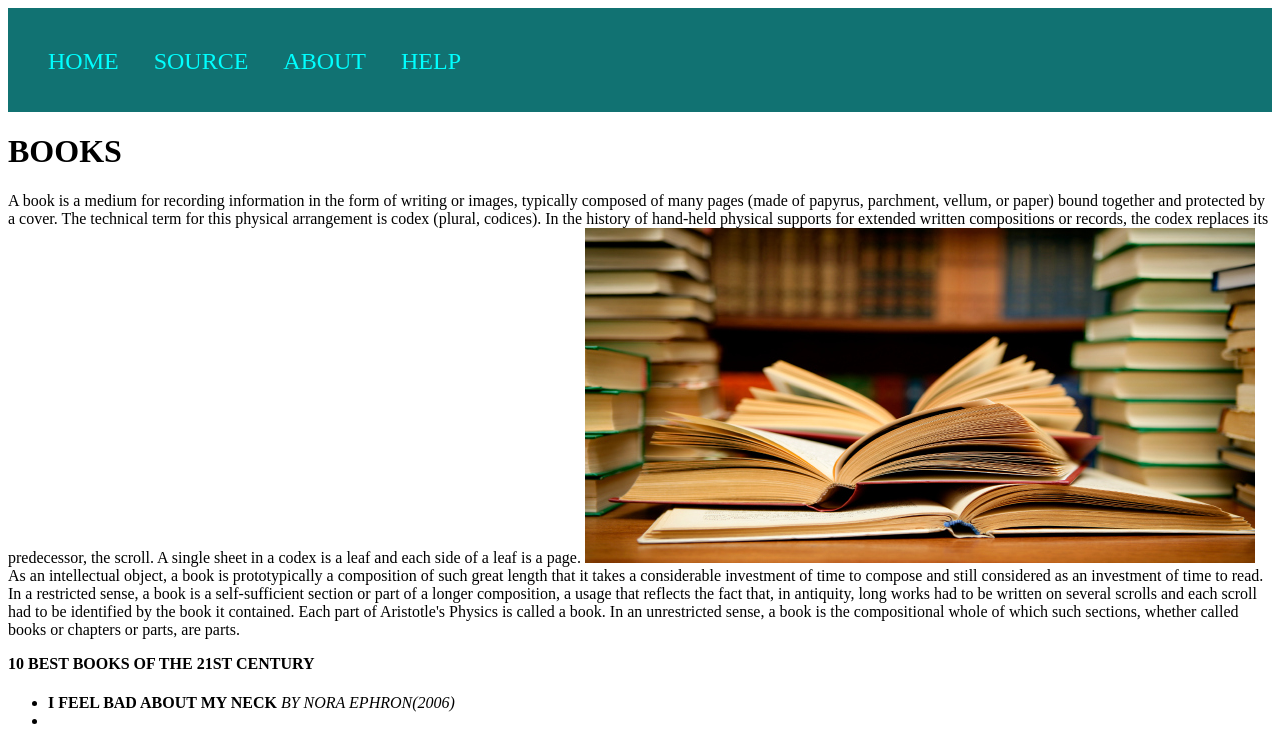
Repository: Hanan-arts/websites
Page: 01 web design/website.html
An editor plug-in stored every save of this project. The page is shown before and after the next save, followed by the edit.
The browser window is 1280 px wide. The pictures show the whole page.

Above is the page before, as saved 2021-02-13 21:22:17.

### 01 web design/website.html
<!DOCTYPE html>
<html lang="en">
<head>
    <meta charset="UTF-8">
    <meta http-equiv="X-UA-Compatible" content="IE=edge">
    <meta name="viewport" content="width=device-width, initial-scale=1.0">
    <title>BOOKS WORLD</title>
</head>
<link rel="stylesheet" href="c.css">
<body>
    <div class="container">
        <div class="nav-wrapper">
        <div class="left-side">
            <div class="nav-link-wrapper">
                <a href="website.html">HOME</a>
            </div>
            <div class="nav-link-wrapper">
                <a href="Source.html">SOURCE</a>
            </div>
                <div class="nav-link-wrapper">
                    <a href="About.html">ABOUT</a>
                </div>
                    <div class="nav-link-wrapper">
                        <a href="Help.html">HELP</a>
                    </div>
                </div>
            </div>
        </div>
        </div>
        </div>
    </div>
<h1><b>BOOKS</b></h1>
<p>A book is a medium for recording information in the form of writing or images, typically composed of
many pages (made of papyrus, parchment, vellum, or paper) bound together and protected by a cover.
The technical term for this physical arrangement is codex (plural, codices). In the history of
hand-held physical supports for extended written compositions or records, the codex replaces its
predecessor, the scroll. A single sheet in a codex is a leaf and each side of a leaf is a page.
<img src="books-for-survey.jpg" ><br>

As an intellectual object, a book is prototypically a composition of such great length that it takes
a considerable investment of time to compose and still considered as an investment of time to read.
In a restricted sense, a book is a self-sufficient section or part of a longer composition,
a usage that reflects the fact that, in antiquity, long works had to be written on several scrolls and
each scroll had to be identified by the book it contained. Each part of Aristotle's Physics is called a
book.
In an unrestricted sense, a book is the compositional whole of which such sections, whether called books
or chapters or parts,
are parts.
</body>
<p><b>10 BEST BOOKS OF THE 21ST CENTURY</b><h1></h1></p>
<p>
    <div>
        <ul>
            <li><b>I FEEL BAD ABOUT MY NECK     </b> <i>BY NORA EPHRON(2006)

            </i></li>
            <li></li>

        </ul>
    </div>

</p>

</html>

### 01 web design/c.css
.nav-wrapper{
    display:flex;
    justify-content: space-between;
    padding: 40px;
    background-color: rgb(17, 114, 114);
}
.left-side{
    display: flex;
}
.nav-wrapper > .left-side > div {
    margin-right: 35px;
    font-size: 1.5em;
    text-transform: uppercase;
}
.nav-link-wrapper{
    height: 23px;
    border-bottom: 1.2px solid transparent;
    transition: border-bottom 0.7s;
}
.nav-link-wrapper a {
    color: aqua;
    text-decoration: wavy;
    transition: color 0.7s;
}
.nav-link-wrapper:hover{
    border-bottom: 1.5px solid gray;
}
.nav-link-wrapper a:hover{
    color: gray;
}

After the next save:
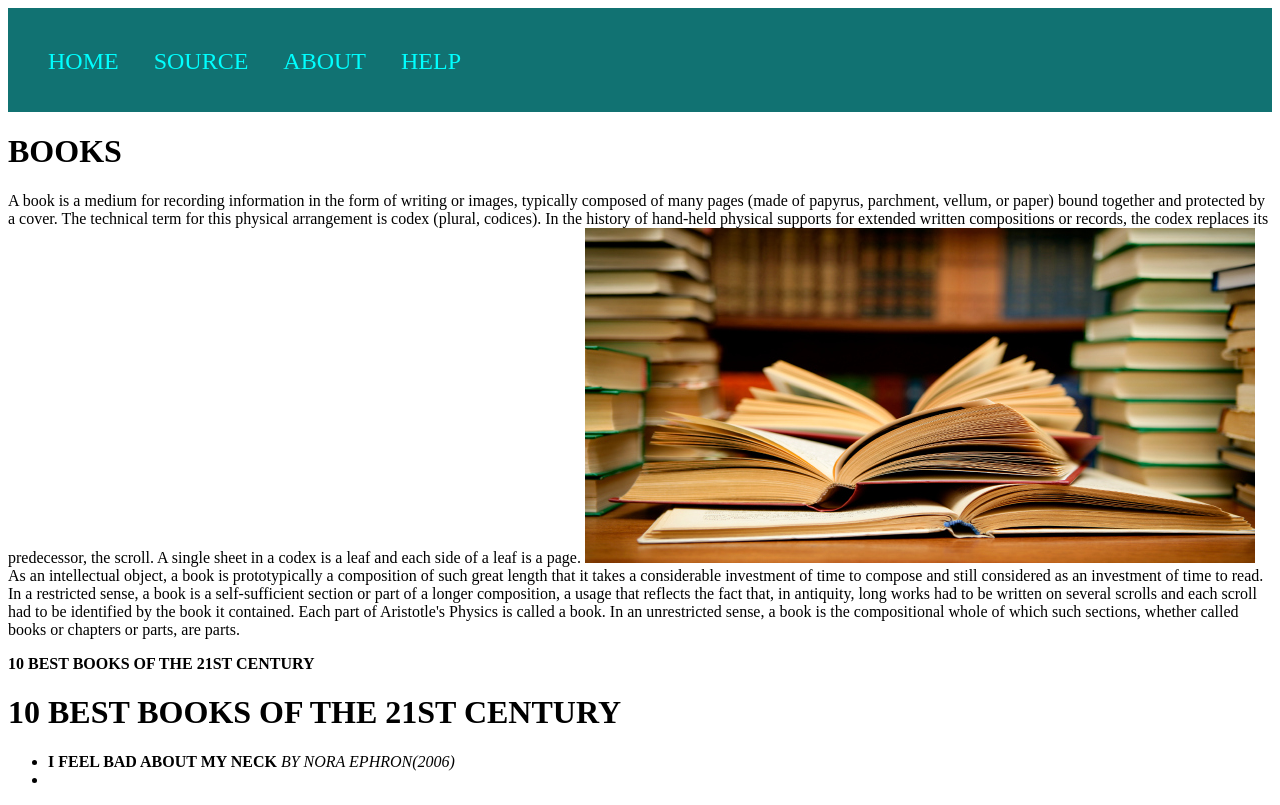
Saved 13 s later.
--- a/01 web design/website.html
+++ b/01 web design/website.html
@@ -47,7 +47,7 @@ In an unrestricted sense, a book is the compositional whole of which such sectio
 or chapters or parts,
 are parts.
 </body>
-<p><b>10 BEST BOOKS OF THE 21ST CENTURY</b><h1></h1></p>
+<p><b>10 BEST BOOKS OF THE 21ST CENTURY</b><h1>10 BEST BOOKS OF THE 21ST CENTURY</h1></p>
 <p>
     <div>
         <ul>
